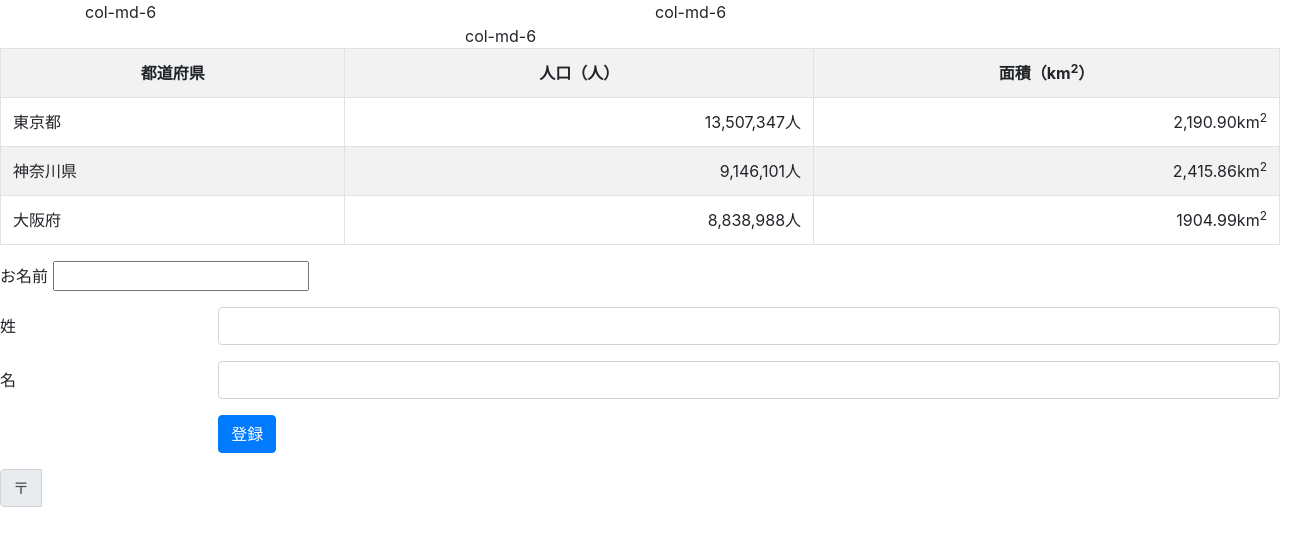
Repository: taekowithrowgit/backend
Page: environment/bootstrap_lesson.html
The author's editor kept a record of every edit. The page is drawn from the files as they stood at one moment, then again after the next edit.
The browser window is 1280 px wide. The page is 1295 px wide, so the pictures cover 1295 px, including what lies to the right of the window. The pictures show the whole page.
Some web libraries are served in a nearby version.

Above is the page before.

After the next edit:
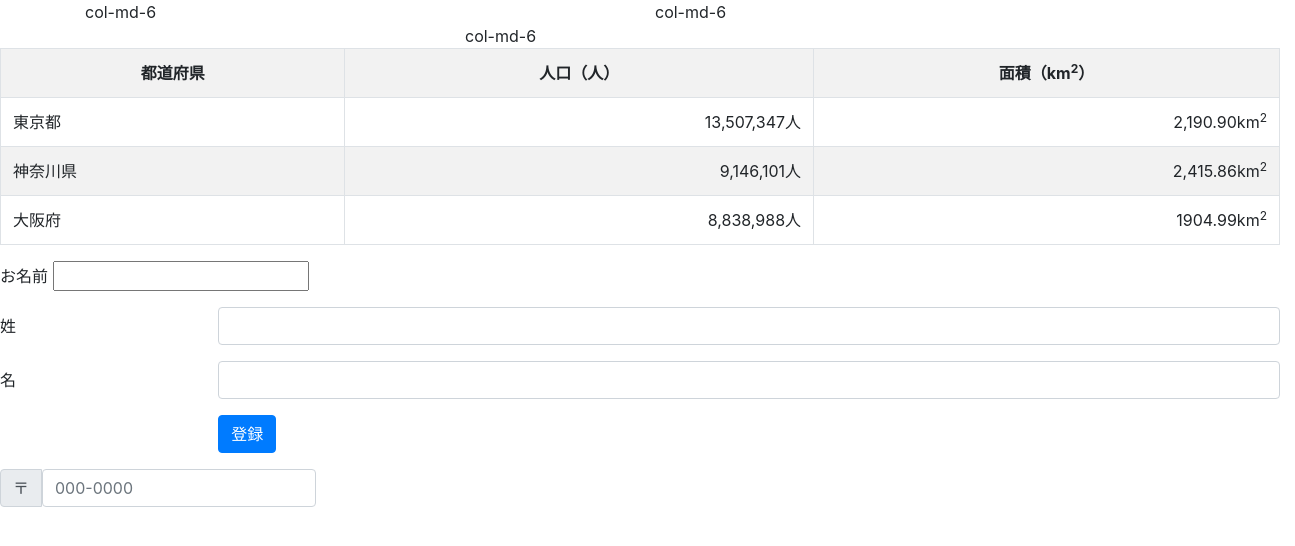
The edit:
--- a/environment/bootstrap_lesson.html
+++ b/environment/bootstrap_lesson.html
@@ -76,6 +76,7 @@
     <div class="form-group input-group">
         <div class ="input-group-prepend">
             <span class="input-group-text">〒</span>
+            <input type="text" class="form-control" placeholder="000-0000">
 
         </div>
 
